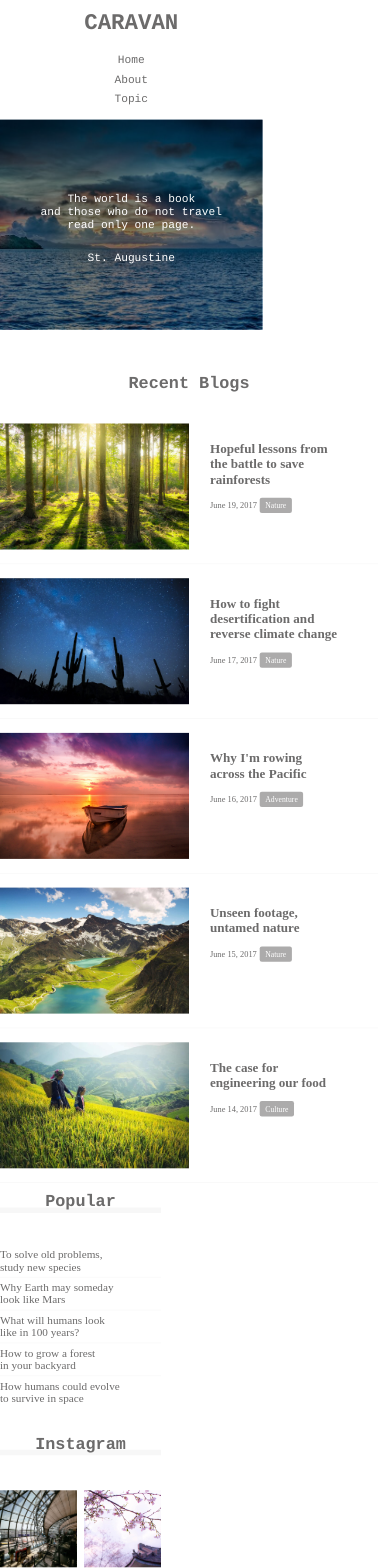
Repository: Risako-Kuse/HTML-CSS
Page: caravan/index.html
The author's editor kept a record of every edit. The page is drawn from the files as they stood at one moment, then again after the next edit.
The browser window is 375 px wide. The page is 540 px wide, then 414 px, so the pictures cover 540 px, including what lies to the right of the window. The pictures show the part of the page from y = 0 to 2240 px (the page is 3044 px tall before and 3118 px after), at 70% of full size.

Above is the page before.

After the next edit:
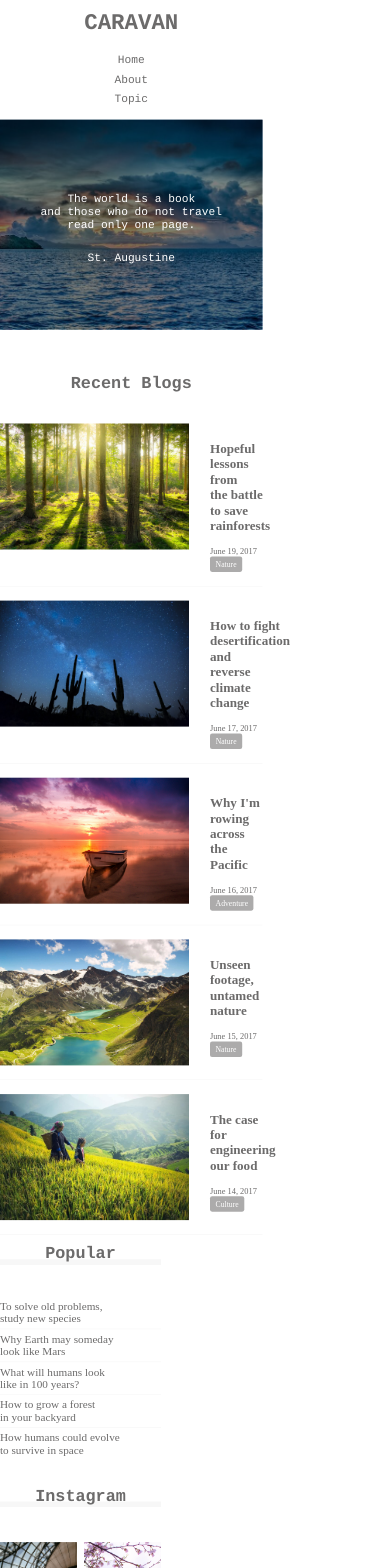
The edit:
--- a/caravan/style.css
+++ b/caravan/style.css
@@ -260,3 +260,8 @@
   width: 100%;
   display: block;
  }
+
+ .blog {
+   width: 100%;
+    margin: 0;
+  }
